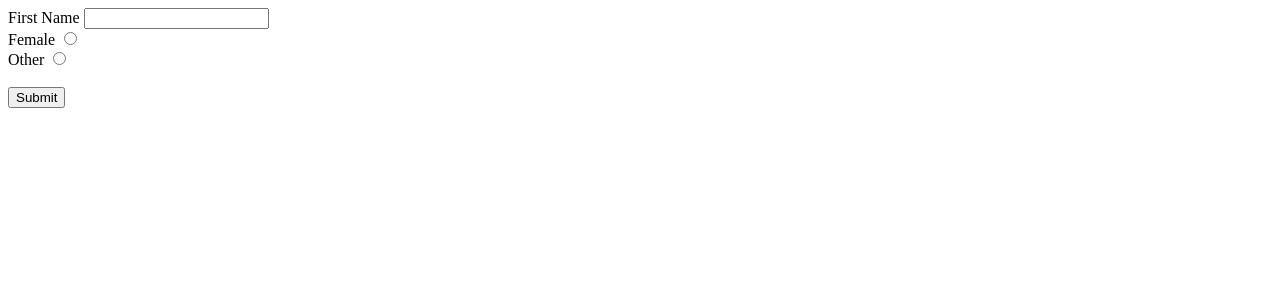
Repository: sumankumar1pe/Test111
Page: LoginPageDemo/WebContent/registration_page.html
The author's editor kept a copy of each file at every save. The page is drawn from the files as they stood at one save, then again after the next save.
The browser window is 1280 px wide. The pictures show the whole page.

Above is the page before, as saved 2016-12-19 05:06:27.

After the next save:
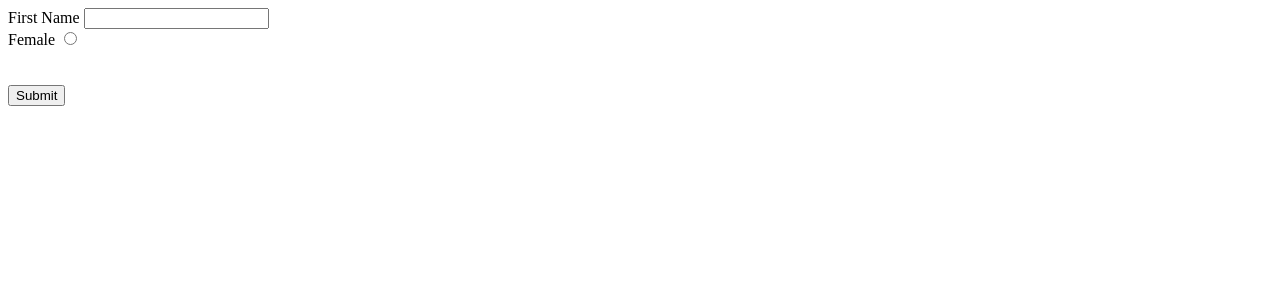
Saved 65 s later.
--- a/LoginPageDemo/WebContent/registration_page.html
+++ b/LoginPageDemo/WebContent/registration_page.html
@@ -10,8 +10,7 @@
   <input type="text" name="gender" id="m"><br>
   <label for="female">Female</label>
   <input type="radio" name="gender" id="female" value="female"><br>
-  <label for="other">Other</label>
-  <input type="radio" name="gender" id="other" value="other"><br><br>
+  <br><br>
   <input type="submit" value="Submit">
 </form>
 </body>
